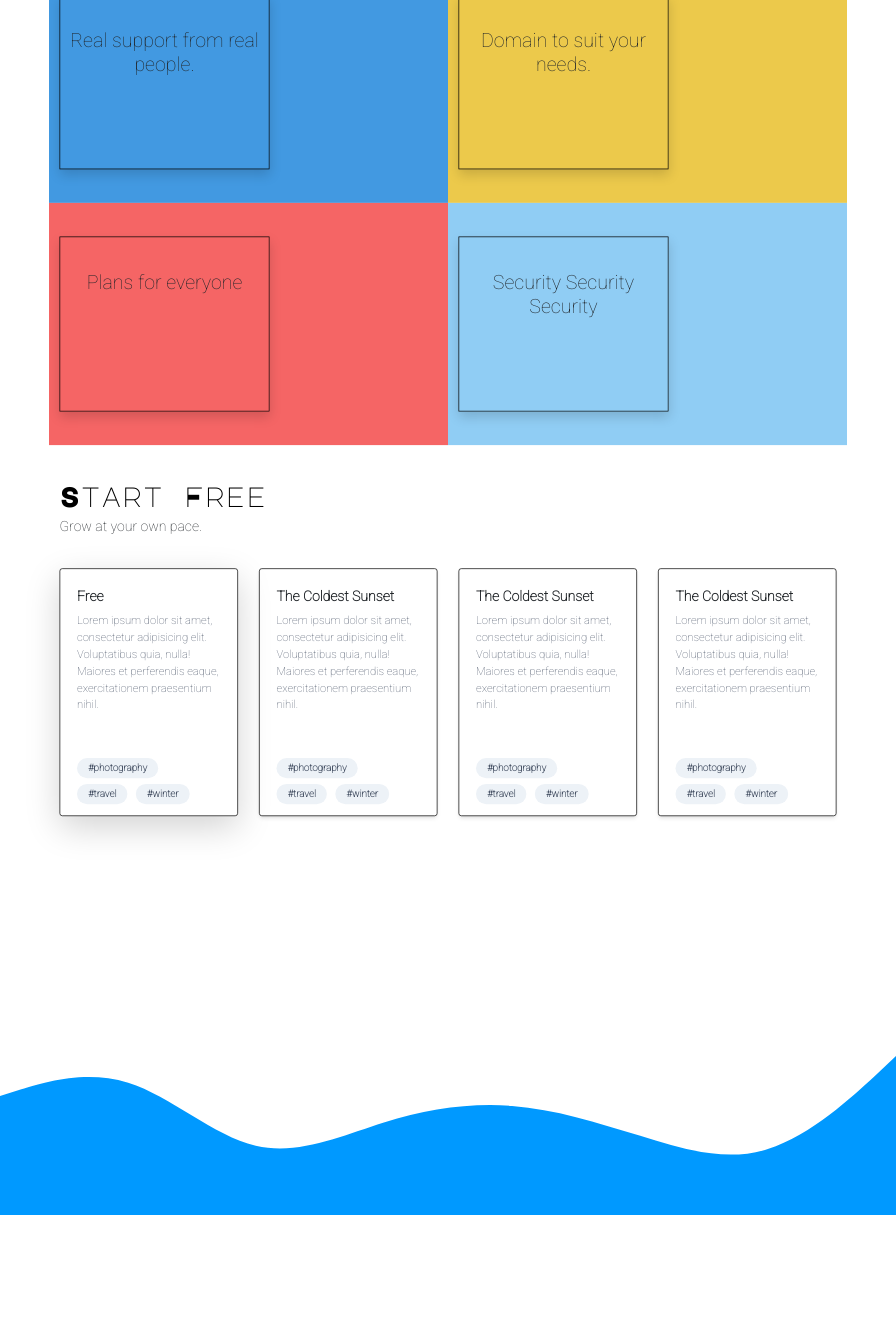
Repository: latenightsnacc/TriSpace
Page: home.html
An editor plug-in stored every save of this project. The page is shown before and after the next save, followed by the edit.
The browser window is 1280 px wide. The pictures show the part of the page from y = 3437 to 5357 px (the page is 5357 px tall), at 70% of full size.
The style sheet was rebuilt from its Sass, Less or Tailwind sources for each picture, by a compiler version that may differ from the author's.

Above is the page before, as saved 2020-11-20 10:20:02.

After the next save:
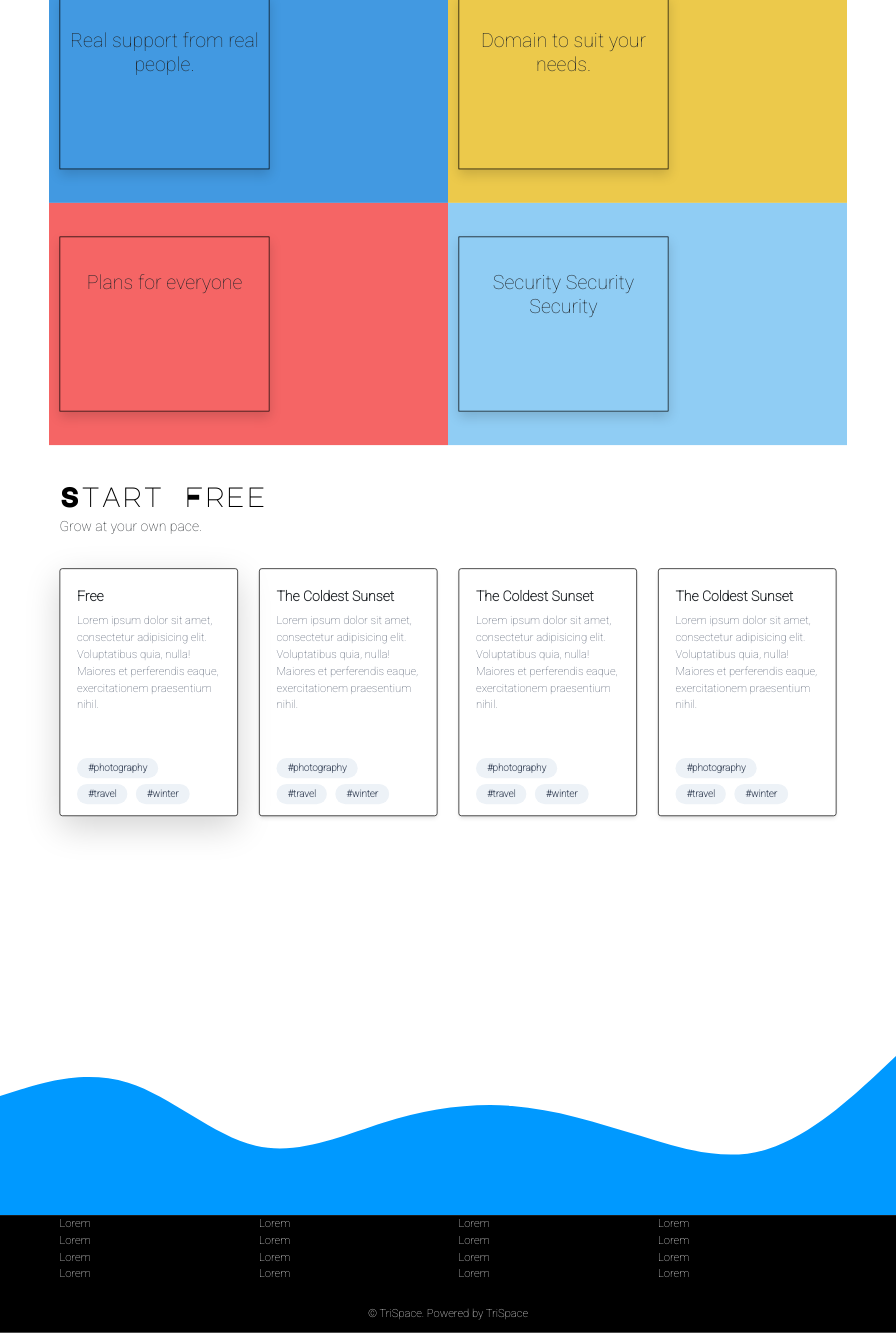
Saved 19 s later.
--- a/home.html
+++ b/home.html
@@ -285,7 +285,7 @@
         <!--End of SVG-->
 
         <!--Footer-->
-        <div class="footer mx-auto">
+        <div class="footer bg-black">
             <div class="container">
                 <div class="row ">
                     <div class="col-xs-6 col-sm-6 col-md-3 col-lg-3 col-xl-3">
